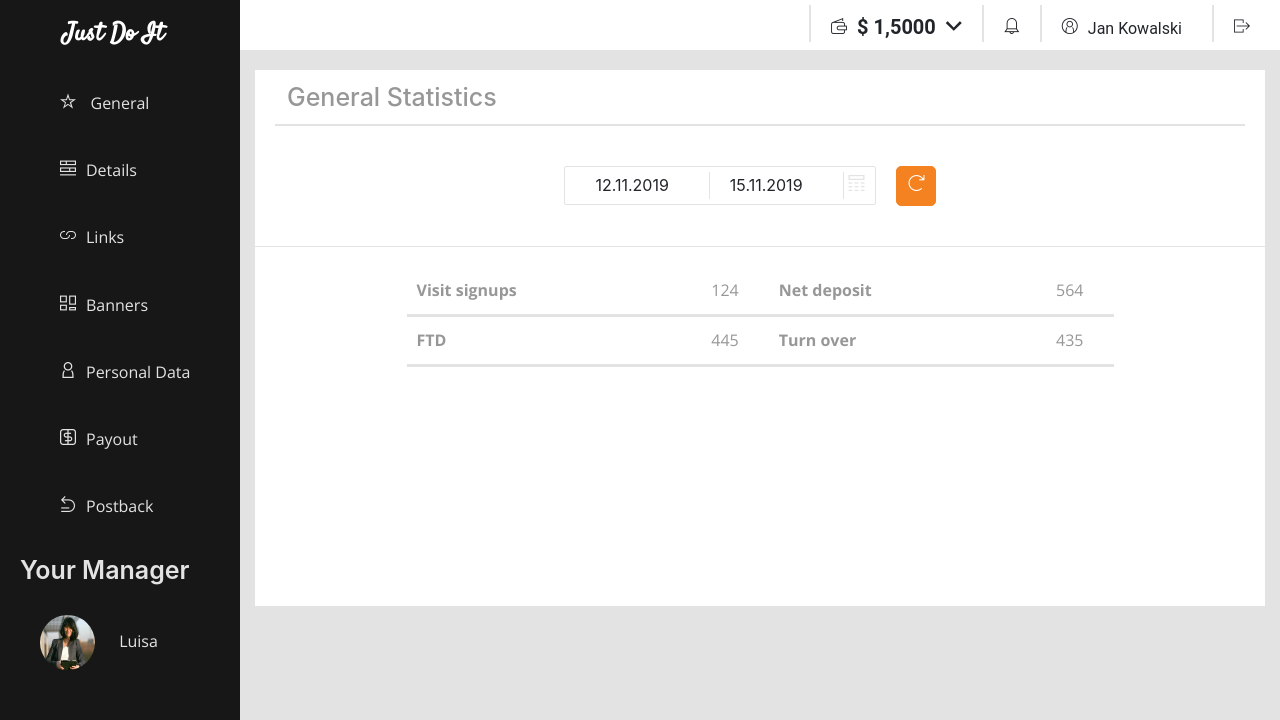
Repository: OllaWilk/wwwJustDoIt
Page: index.html
An editor plug-in stored every save of this project. The page is shown before and after the next save, followed by the edit.
The browser window is 1280 px wide. The pictures show the whole page.
Some web libraries are served in a nearby version. The style sheet was rebuilt from its Sass, Less or Tailwind sources for each picture, by a compiler version that may differ from the author's.

Above is the page before, as saved 2020-01-01 16:58:56.
Console error: TypeError: Cannot read properties of undefined (reading 'preventDefault')

### index.html

<!DOCTYPE html>
<html lang=”en”>
    <head>
        <meta charset=”utf-8”>
        <meta name="viewport" content="width=device-width, initial-scale=1.0">
        <meta http-equiv="X-UA-Compatible" content="ie=edge">
        <meta name="description" content="Projekt indywidualny z kursu Kodilla">
        <meta name="keywords" content="kodilla, indiwidual, project">
        <title>Just Do It - soloProject</title>
            <link href="https://use.fontawesome.com/releases/v5.7.2/css/all.css" rel="stylesheet">
            <link href="https://fonts.googleapis.com/css?family=Open+Sans:400,400i,700|Satisfy&display=swap&subset=latin-ext" rel="stylesheet">
            <link rel="stylesheet" href="https://stackpath.bootstrapcdn.com/bootstrap/4.1.3/css/bootstrap.min.css" integrity="sha384-MCw98/SFnGE8fJT3GXwEOngsV7Zt27NXFoaoApmYm81iuXoPkFOJwJ8ERdknLPMO" crossorigin="anonymous">
            <link rel="stylesheet" href="css/style.css">
            <link rel="stylesheet" href="vendor/css/Glyphter.css">
        </head>

    <body><script id="__bs_script__">//<![CDATA[
    document.write("<script async src='/browser-sync/browser-sync-client.js?v=2.26.7'><\/script>".replace("HOST", location.hostname));
//]]></script>

        <nav class = "navigation">
            <div class  ="navigationTop">
                <h1 class = "logo">Just Do It</h1>
                <i id="hamburger" class="fas fa-bars"></i>
            </div>
            <div = class="navigationWraperMobile">
                <ul class="list titles">
                    <li>
                        <i id="general" class="icon-general"></i>
                        <a class="menuButon active" href="#page-1">General</a>
                    </li>
                    <li><i id="details" class="icon-details"></i><a class="menuButon" href="index.html">Details </a></li>
                    <li><i id="links" class="icon-links"></i><a class="menuButon" href="#page-3">Links</a></li>
                    <li><i id="banners" class="icon-banners"></i><a class="menuButon" href="index.html">Banners</a></li>
                    <li><i id="personalData" class="icon-personaldata"></i><a class="menuButon" href="#page-5">Personal Data</a></li>
                    <li><i id="payout" class="icon-payout"></i><a class="menuButon" href="index.html">Payout</a></li>
                    <li><i id="postback" class="icon-postback"></i><a class="menuButon" href="index.html">Postback</a></li>
                </ul>
                <div class = "menagoImg">
                    <h2>Your Manager</h2>
                    <a class="menuButon" href = "index.html">
                        <img src="images/business-woman-746766_1920.jpg">
                    </img>Luisa</a>
                </div>
            </div>
        </nav>

        <header class= "topMenu">
            <div class = "topMenuWrapper">
                <div class= "iconsTopMenu">
                    <i id="wallet" class="icon-wallet"></i>
                    <h3>$ 1,5000</h3>
                    <i id="arrowDown" class="icon-arrow-down-small"></i>
                </div>
                <div class= "iconsTopMenu">
                    <i id="notification" class="icon-notification"></i>
                </div>
                <div class= "iconsTopMenu">
                    <i id="profile" class="icon-profile"></i>
                    <p>Jan Kowalski</p>
                </div>
                <div class= "iconsTopMenu">
                    <i id="iconQuit" class="icon-quit"></i>
                </div>
            </div>
        </header>

        <section class = "posts_pages container">
            <div id = "page-1" class="post_page active">
                <h2  class="title">General Statistics</h2>
                <div class="dates">
                    <div class="datesConteiner">
                        <div class="dateStart">12.11.2019</div>
                        <div class="dateEnd">15.11.2019 </div>
                        <i id="calendar" class="icon-calendar"></i>
                    </div>
                    <a href="index.html" id="refresh" class="btnRefrsh btn icon-refresh"></a>
                </div>
                <div class="statistic">
                    <div class="legendWrap">
                        <table>
                            <tr>
                              <td class="visitSignups">
                                <h3>Visit signups</h3>
                                <p>124</p>
                              </td>
                              <td class="netDeposit">
                                <h3>Net deposit</h3>
                                <p>564</p>
                              </td>
                            </tr>
                            <tr>
                              <td class="FTD">
                                <h3>FTD</h3>
                                <p>445</p>
                              </td>
                              <td class="turnOver">
                                <h3>Turn over</h3>
                                <p>435</p>
                              </td>
                            </tr>
                        </table>
                    </div>
                    <canvas class="canvas" id="myChart"></canvas>
                </div>
            </div>

            <div id = "page-3" class="post_page">
                <h2  class="title">Links</h2>
                <div class="btnWraper">
                    <a href="index.html" id="refresh" class="btn btnAddNew">+ add new</a>
                </div>
                <div class = "linkWraper">
                    <ul>
                        <li>
                            <p>Home Page</p>
                            <a href="index.html">www.homepage.com</a>
                            <i id="start" class="colorLinks icon-links"></i>
                            <i id="start" class="icon-trash"></i>
                        </li>
                        <li>
                            <p>Curently Offer</p>
                            <a href="index.html">www.curentlyoffer.com</a>
                            <i id="start" class="colorLinks icon-links"></i>
                            <i id="start" class="icon-trash"></i>
                        </li>
                        <li>
                            <p>Blurpix</p>
                            <a href="index.html">www.blurpix.com</a>
                            <i id="start" class="colorLinks icon-links"></i>
                            <i id="start" class="icon-trash"></i>
                        </li>
                        <li>
                            <p>Youre Site</p>
                            <a href="index.html">www.youresite.com</a>
                            <i id="start" class="colorLinks icon-links"></i>
                            <i id="start" class="icon-trash"></i>
                        </li>
                        <li>
                            <p>Google</p>
                            <a href="www.google.com">www.google.com</a>
                            <i id="start" class="colorLinks icon-links"></i>
                            <i id="start" class="icon-trash"></i>
                        </li>
                        <li>
                            <p>Facebook</p>
                            <a href="www.facebook.com">www.facebook.com</a>
                            <i id="start" class="colorLinks icon-links"></i>
                            <i id="start" class="icon-trash"></i>
                        </li>
                        <li>
                            <p>Dashboard</p>
                            <a href="index.html">www.dashboard.com</a>
                            <i id="start" class="colorLinks icon-links"></i>
                            <i id="start" class="icon-trash"></i>
                        </li>
                        <li>
                            <p>Blurax</p>
                            <a href="index.html">www.blurax.com</a>
                            <i id="start" class="colorLinks icon-links"></i>
                            <i id="start" class="icon-trash"></i>
                        </li>
                        <li>
                            <p>Piece of wine</p>
                            <a href="index.html">www.pieceofwine.com</a>
                            <i id="start" class="colorLinks icon-links"></i>
                            <i id="start" class="icon-trash"></i>
                        </li>
                        <li>
                            <p>Twitter</p>
                            <a href="www.twitter.com">www.twitter.com</a>
                            <i id="start" class="colorLinks icon-links"></i>
                            <i id="start" class="icon-trash"></i>
                        </li>
                    </ul>

                </div>
                <div class="btnWraper">
                    <a href="index.html" id="refresh" class="btn btnAddNew">+ add new</a>
                </div>
            </div>

            <div id = "page-5" class="post_page">
                <h2  class="title">Personal Data</h2>
                <div class = "userData">
                    <form novalidate method="post" enctype="multipart/form-data" action="js/db.js" autocomplete="on">
                        <fieldset>
                            <div label = "userBasicData" class="field-wrap">
                                <div class="styledField">
                                    <label>Name:
                                        <span class="error"></span>
                                    </label>
                                    <input type="text" name="name" placeholder="Your name" minlength="2" title="Name" required = "">
                                </div>
                                <div class="styledField">
                                    <label>Surname:
                                        <span class="error"></span>
                                    </label>
                                    <input type="text" name="surname" placeholder="Your surname" minlength="2" maxlength="64" title="Surname" required = "">
                                </div>
                                <div class="styledField">
                                    <label>Email:
                                        <span class="error"></span>
                                    </label>
                                    <input type="email" name="email" placeholder="Your e-mail" minlength="2" maxlength="64" autocomplete="off" title="Email" required = "">
                                </div>
                                <div class="styledField">
                                    <label>Phone number:
                                            <span class="error"></span>
                                    </label>
                                    <input type="text" name="phoneNumber" placeholder="Phone number" minlength="6" maxlength="40" title="phone number" required = "">
                                </div>
                            </div>
                            <div label = "userBasicData" class="field-wrap">
                                <div class="styledField">
                                    <label>Skype:</label>
                                    <input type="text" name="Skype" placeholder="Name" minlength="2" maxlength="32" title="Name" required = "">
                                </div>
                                <div class="styledField">
                                    <label>ICQ:</label>
                                    <input type="text" name="ICQ" placeholder="name" minlength="2" maxlength="40" title="Name" required = "">
                                </div>
                                <div class="styledField">
                                    <label>MSN:</label>
                                    <input type="text" name="MSN" placeholder="msn" title="MSN" required = "">
                                </div>
                            </div>

                            <div class="field-wrap">
                                <div class="styledField">
                                    <label>Wallet</label>
                                    <select name="Wallet" id="wallet">
                                        <option value="Windows">Windows</option>
                                        <option value="Linux">Linux</option>
                                        <option value="Apple">Apple</option>
                                    </select>
                                </div>
                            </div>

                            <div class="field-wrap">
                                <div class="styledField">
                                    <label>Password
                                        <span class="error"></span>
                                    </label>
                                    <input type="password" name="password" placeholder="Password" minlength="6" maxlength="40" autocomplete="off" title="Password" required="">
                                </div>
                                <div class="styledField">
                                    <label>Repeat
                                        <span class="error"></span>
                                    </label>
                                    <input  type="password" name="repeatPassword" placeholder="Password" minlength="6" maxlength="40" autocomplete="off"  title="Password" required="">
                                </div>
                            </div>
                            <div class="field-wrap">
                                <label class="styledField agreement">
                                    <p class="icon">I agree for my personal data to be collected and used by
                                    <span class = "logo agreementLogo">Just Do It</span> for purpouse of providing the site functionality.</p>
                                    <input id = "checkbox" type="checkbox" name="checkbox" class="checkbox" title="agreement" required="">
                                    </p>
                                </label>
                            </div>
                            <div class="btnWrap">
                                <input type="submit" class = "btn btnSave" value="Save">
                            </div>
                        </fieldset>
                    </form>
                </div>
            </div>
        </section>


        <script id="template-article-link" type="text/x-handlebars-template">
            <li><a href="#{{ id }}"><span>{{ title }}</span></a></li>
          </script>
          <script src="https://cdnjs.cloudflare.com/ajax/libs/handlebars.js/4.1.0/handlebars.min.js"></script>
        <script id="template-article-link" type="text/x-handlebars-template">
        <li><a href="#{{ id }}"><span>{{ title }}</span></a></li>
         </script>

        <script src="https://cdnjs.cloudflare.com/ajax/libs/Chart.js/2.4.0/Chart.min.js"></script>
        <script src="js/script.js"></script>
    </body>
</html>

### js/script.js
'use strict';

{
    /*Quit */

    const quitPage= document.getElementById('iconQuit');

    /*Responsive left menu -hiden/show hamburger*/

    const hamburgerMenuLeft = document.getElementById('hamburger');
    const mobileMenu = document.querySelector('.navigationWraperMobile');

    hamburgerMenuLeft.addEventListener('click', function(){
        mobileMenu.classList.toggle('active');
    });

    /*swith between pages*/
    const opts = {
        ArticleSelector : '.post',
        TitleSelector : '.post-title',
        TitleListSelector : '.titles',
        ArticleTagsSelector : '.post-tags .list',
      }

    const titleClickedHandler = function(event){

        const activeLinks = document.querySelectorAll('.titles a.active');
        for(let activeLink of activeLinks) {
            activeLink.classList.remove('active');
        };

        event.preventDefault();
        const clickedElement = this;
        clickedElement.classList.add('active');

        const activePosts= document.querySelectorAll('.post_page');
        for(let activePost of activePosts) {
            activePost.classList.remove('active');
        };

        const postSelector = clickedElement.getAttribute('href');
        console.log("działa? " + postSelector);

        const targetPost = document.querySelectorAll(postSelector);

        targetPost.classList.add('active');
    }

    const links = document.querySelectorAll('.titles a');

    for(let link of links) {
        link.addEventListener('click', titleClickedHandler);
    }

    titleClickedHandler();

    /*statistic canvas*/

    var ctx = document.getElementById('myChart').getContext('2d');

    var chart = new Chart(ctx, {
        // 1
        type: 'bar',
        data: {
            // 2
            labels: ["01", "02", "03", "04", "05", "06", "07", "08", "09", "10"],
            // 3
            datasets: [{
                // 4
                label: "Signups",
                // 5
                backgroundColor: '#8DBEC8',
                borderColor: '#8DBEC8',
                // 6
                data: [ 52, 51, 41, 94, 26, 6, 72, 9, 21, 88 ],
            },
            {
                label: "FTD",
                backgroundColor: '#F29E4E',
                borderColor: '#F29E4E',
                data: [ 6, 72, 1, 0, 47, 11, 50, 44, 63, 76 ],
            },
            {
                label: "Earned",
                backgroundColor: '#71B374',
                borderColor: '#71B374',
                data: [ 59, 49, 68, 90, 67, 41, 13, 38, 48, 48 ],
                // 7
                hidden: true,
            }]
        },
    });

    /*form validation*/

    document.querySelector('form').addEventListener('submit', function(event) {
        let isFormValidate = true;

        //name  validation /

        let nameInput = event.target.querySelector('input[name="name"]')
        if(nameInput.value.indexOf('@') < 0) {
            isFormValidate = false;
            nameInput.parentElement.querySelector('.error').innerHTML = 'Name must be filled out';
        }

        //surname  validation /

        let surnameInput = event.target.querySelector('input[name="surname"]')
        if(surnameInput.value.indexOf('@') < 0) {
            isFormValidate = false;
            surnameInput.parentElement.querySelector('.error').innerHTML = 'Surname must be filled out';
        }

        //eMail validation /

        let emailAddressInput = event.target.querySelector('input[name="email"]')
        if(emailAddressInput.value.indexOf('@') < 0) {
            isFormValidate = false;
            emailAddressInput.parentElement.querySelector('.error').innerHTML = 'Incorect e-mail adress';
        }

        //phoneNumber Validation
        var phoneNumber = /^\(?([0-9]{3})\)?[-. ]?([0-9]{3})[-. ]?([0-9]{4})$/;
        let phoneInput = event.target.querySelector('input[name="phoneNumber"]')
        if(phoneInput.value.match(phoneNumber)) {
            return true;
        }
        else {
            isFormValidate = false;
            phoneInput.parentElement.querySelector('.error').innerHTML = 'Incorect phone number';
        }

        /*password walidation*/
        let passwordInput = event.target.querySelector('input[name="password"]')
        if(passwordInput.value.indexOf('@') < 0) {
            isFormValidate = false;
            passwordInput.parentElement.querySelector('.error').innerHTML = 'Password must be filled out';
        }

        /*repeat walidation*/
        let repeatInput = event.target.querySelector('input[name="repeatPassword"]')
        if(repeatInput.value.indexOf('@') < 0) {
            isFormValidate = false;
            repeatInput.parentElement.querySelector('.error').innerHTML = 'Repeat must be filled out';
        }

        /*checkbox walidation*/

        return !isFormValidate ? event.preventDefault() : true;
    })
}

### sass/style.scss
/*importy styli*/
@import "variables";
@import "mixins";

@import "normalize";
@import "layout";

@import "sections/leftNavigtation";
@import "sections/topUserMenu";
//@import "sections/modals";

@import "pages/mainPage";
@import "pages/links";
@import "pages/personalDataForm";
@import "components/mediaQuery";

### sass/_variables.scss
/*stałe graficzne*/
/*colors*/
$color-dark: #171717;
$color-light: #ffffff;
$color-buttonGreyDark: #979797;
$color-buttonGreyLight: #bbbbbb;
$color-buttonDisable: #e4e4e4;
$color-background: #E3E3E3;
$color-buttonOrangeDark: #F58220;
$color-buttonOrangeLight: #FFA200;
$color-onlineButton: #04AE00;
$color-notificationClicked: #74B67A;
$color-notificationUnclicked: #96CC9B;
$color-buttonNegativeClicked: #DE5252;
$color-buttonNegativeUnclicked: #EC7171;
$color-links: #56819F;
$color-strongRed: #FF0000;

/*font sizes*/

$paragraph-font-size: 16px;

/*fonts*/
$logo: 'Satisfy', cursive;
$brand-font: "Open Sans", Helvetica, Arial;
$default-font: 'Roboto', sans-serif;

### sass/_mixins.scss
/*buttons*/
.btn {
  display: inline-block;
  border-radius: 5px;
  font-size: 16px;
  text-align: center;
  text-decoration: none;
  cursor: pointer;
  border: 1px solid $color-buttonOrangeDark;
  background-color: $color-buttonOrangeDark;
  color: $color-light;
  width: 100px;
  &:hover {
    background-color: $color-light;
    color: $color-buttonGreyDark;
    border: 1px solid $color-buttonGreyDark;
  }
}


.btnRefrsh {
  width: 40px;
  height: 40px;
  margin: 20px;
}

.btnSave {
  margin: 30px 0;
}

@mixin flex-center {
  display: flex;
  justify-content: center;
}

/*links*/

### sass/_layout.scss
/*Global*/
html {
    box-sizing: border-box;
}

*, *::before, *::after {
    box-sizing: border-box;
}

body {
    margin: 0;
    background-color: $color-background;
    font-size: 16px;
    line-height: 1.7;
    display: flex;
}

.container {
    width:100%;
    max-width: calc(100% - 240px);
    margin: 0 auto;
    padding-left: 15px;
    padding-right: 15px;
    top: 70px;
    left: 240px;
    position: absolute;
    z-index: -1;
}

.post_page {
    background-color: $color-light;
    margin-bottom: 20px;
    padding-bottom: 20px;
    display: none;
    &.active {
      display: block;
    }
}

### sass/pages/_links.scss
.btnWraper {
    display: flex;
    justify-content: center;
}

.btnAddNew {
    margin: 20px;

}

.linkWraper {
    font-size: 16px;
    color: $color-buttonGreyDark;
    display: flex;
    justify-content: center;
    ul {
        li {
            display: flex;
            align-items: baseline;
            border-bottom: 1px solid $color-background;
            &:hover {
                background-color: $color-background;
            }
            p {
                font-weight: bold;
                margin: 5px 0;
                width: 320px;
            }
        }
    }
    a {
        color: $color-links;
        text-decoration: none;
        width: 320px;
    }
    i {
        margin: 0 10px;
    }
}

.colorLinks {
    color: $color-buttonOrangeDark;
    margin-left: 320px;
}

Loaded but not shown: vendor/css/Glyphter.css (common file); sass/_normalize.scss (common file); sass/components/_mediaQuery.scss (141 lines, source omitted); sass/pages/_mainPage.scss (68 lines, source omitted); sass/pages/_personalDataForm.scss (76 lines, source omitted); sass/sections/_leftNavigtation.scss (72 lines, source omitted); sass/sections/_topUserMenu.scss (63 lines, source omitted)

After the next save:
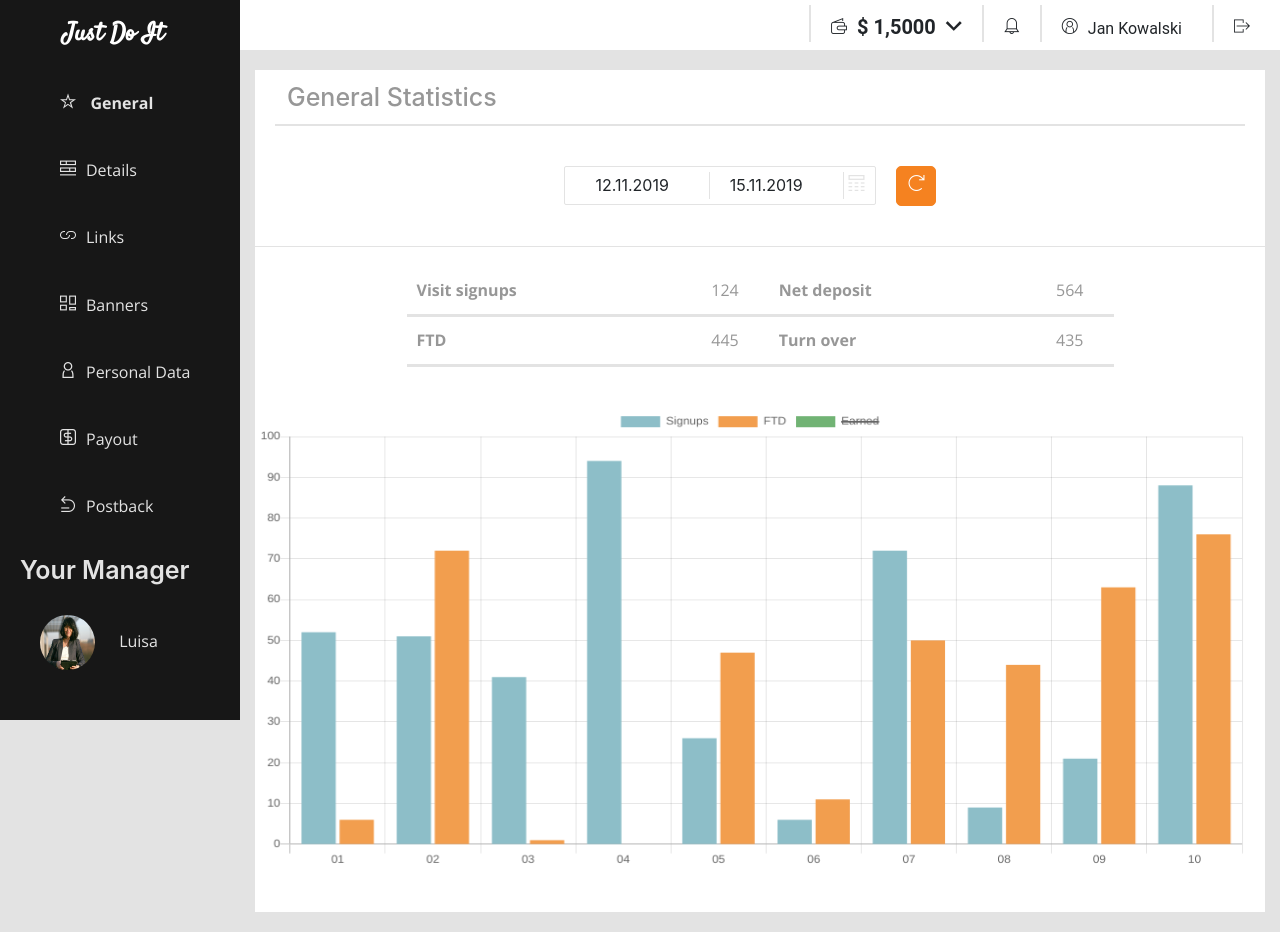
The error is gone.
Saved 14 min 44 s later.
--- a/js/script.js
+++ b/js/script.js
@@ -15,21 +15,17 @@
     });
 
     /*swith between pages*/
-    const opts = {
-        ArticleSelector : '.post',
-        TitleSelector : '.post-title',
-        TitleListSelector : '.titles',
-        ArticleTagsSelector : '.post-tags .list',
-      }
 
     const titleClickedHandler = function(event){
+        event.preventDefault();
+        console.log(event);
+
 
         const activeLinks = document.querySelectorAll('.titles a.active');
         for(let activeLink of activeLinks) {
             activeLink.classList.remove('active');
         };
 
-        event.preventDefault();
         const clickedElement = this;
         clickedElement.classList.add('active');
 
@@ -52,7 +48,7 @@
         link.addEventListener('click', titleClickedHandler);
     }
 
-    titleClickedHandler();
+    //titleClickedHandler(event);
 
     /*statistic canvas*/
 
